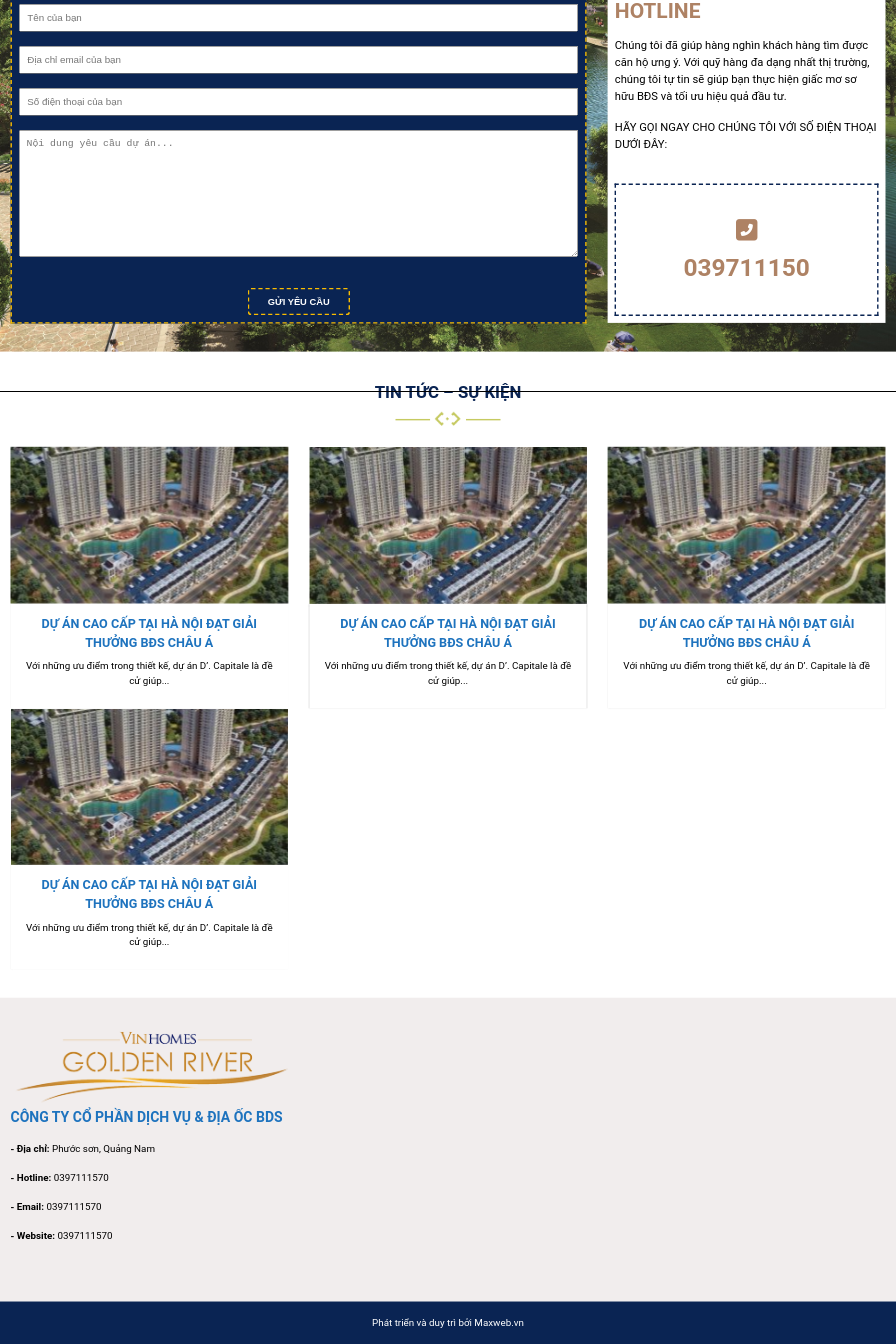
Repository: phamphuc2/fontend-bds
Page: index.html
An editor plug-in stored every save of this project. The page is shown before and after the next save, followed by the edit.
The browser window is 1280 px wide. The pictures show the part of the page from y = 2346 to 4266 px (the page is 4266 px tall before and 4029 px after), at 70% of full size.
Pictures or frames that could not be fetched are drawn as grey boxes. Backgrounds fixed to the window are drawn as part of the page. Some web libraries are served in a nearby version.

Above is the page before, as saved 2022-06-10 08:20:39.

After the next save:
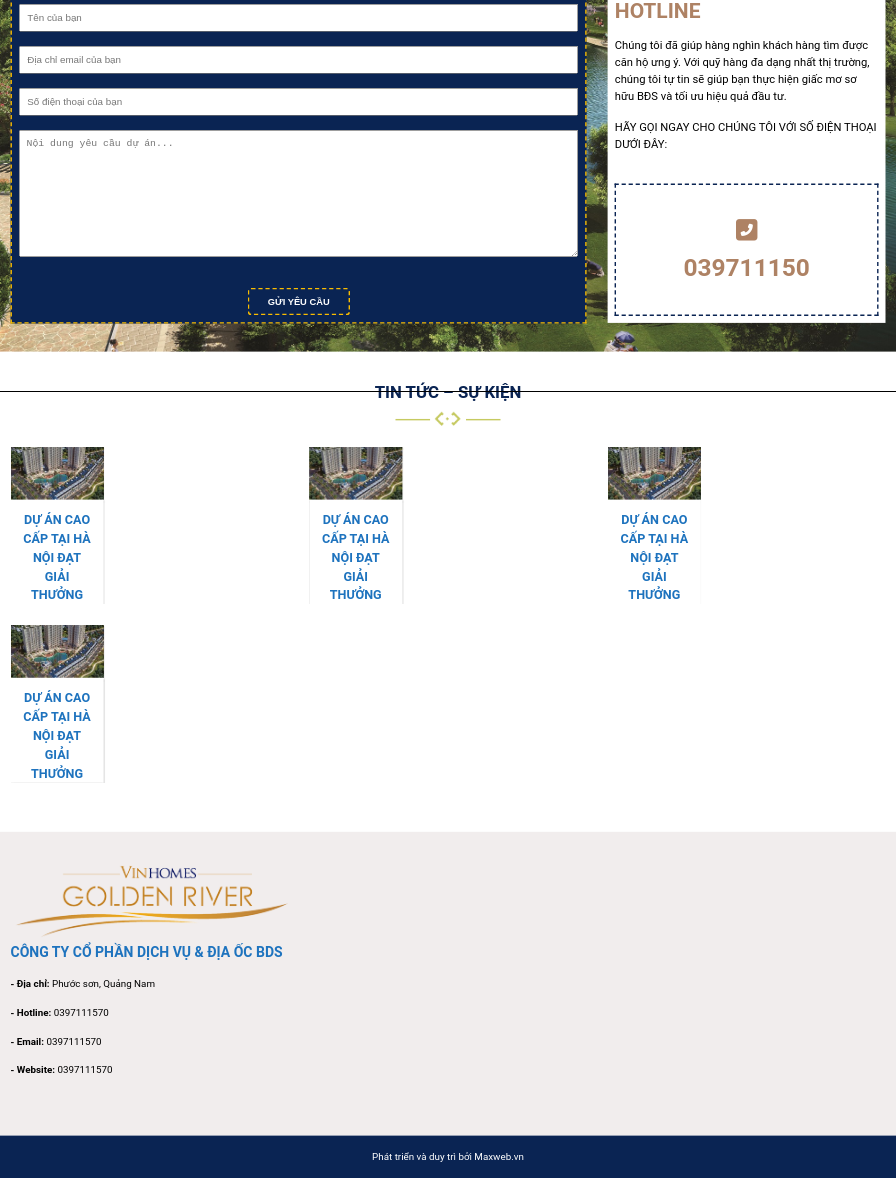
Saved 17 s later.
--- a/assets/js/theme.js
+++ b/assets/js/theme.js
@@ -9,80 +9,11 @@
         nextArrow: $('.arrow .arrow-left'),
         prevArrow: $('.arrow .arrow-right'),
     });
-
-    $('.product-best .slide-product').slick({
-        speed: 300,
-        slidesToShow: 4,
-        slidesToScroll: 2,
-        arrows: true,
-        nextArrow: $('.arrow .arrow-left'),
-        prevArrow: $('.arrow .arrow-right'),
-        responsive: [{
-                breakpoint: 1024,
-                settings: {
-                    slidesToShow: 3,
-                    slidesToScroll: 3,
-                    infinite: true,
-                    dots: true
-                }
-            },
-            {
-                breakpoint: 600,
-                settings: {
-                    slidesToShow: 2,
-                    slidesToScroll: 2
-                }
-            },
-            {
-                breakpoint: 480,
-                settings: {
-                    slidesToShow: 1,
-                    slidesToScroll: 1
-                }
-            }
-        ]
-    });
-
-    // tab-content
-
-    $('.tab-product ul.tabs li').click(function() {
-        var tab_id = $(this).attr('data-tab');
-
-        $('.tab-product ul.tabs li').removeClass('current');
-        $('.tab-product .tab-content').removeClass('current');
-
-        $(this).addClass('current');
-        $("#" + tab_id).addClass('current');
-    })
-
-    // số chạy từ 0
-    $('.count').each(function() {
-        $(this).prop('Counter', 0).animate({
-            Counter: $(this).text()
-        }, {
-            duration: 3000,
-            easing: 'swing',
-            step: function(now) {
-                $(this).text(Math.ceil(now));
-            }
-        });
-    });
-
-    // slide shop
-    $('.slider-for').slick({
-        slidesToShow: 1,
-        slidesToScroll: 1,
-        arrows: false,
-        fade: true,
-        asNavFor: '.slider-nav'
-    });
-    $('.slider-nav').slick({
+    // slide new
+    $('.new .box-new').slick({
+        infinite: true,
         slidesToShow: 3,
-        slidesToScroll: 1,
-        asNavFor: '.slider-for',
-        dots: true,
-        centerMode: true,
-        focusOnSelect: true
-    });
+        slidesToScroll: 3
+      });
 
 });
